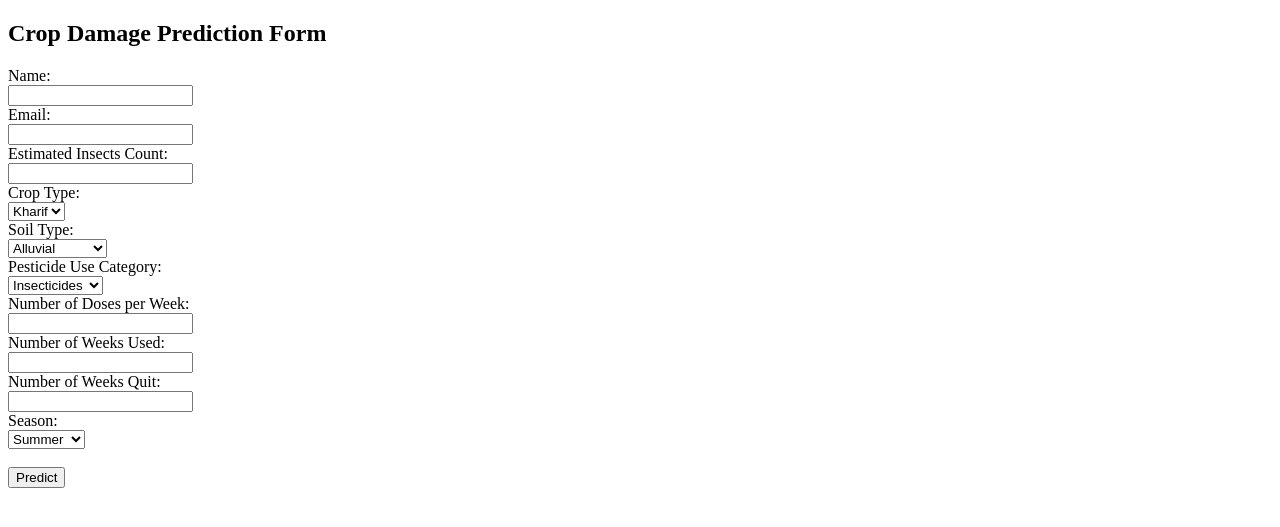
Repository: imdhanush13/cropdamage
Page: app/templates/index.html
The author's editor kept a copy of each file at every save. The page is drawn from the files as they stood at one save, then again after a run of saves.
The browser window is 1280 px wide. The pictures show the whole page.
The template is drawn by Flask 3. The application's start-up code is not run. The template is opened directly, without the code that normally fills it, so the values that code supplies are empty.

Above is the page before, as saved 2025-04-29 01:13:28.

After the next 5 saves:
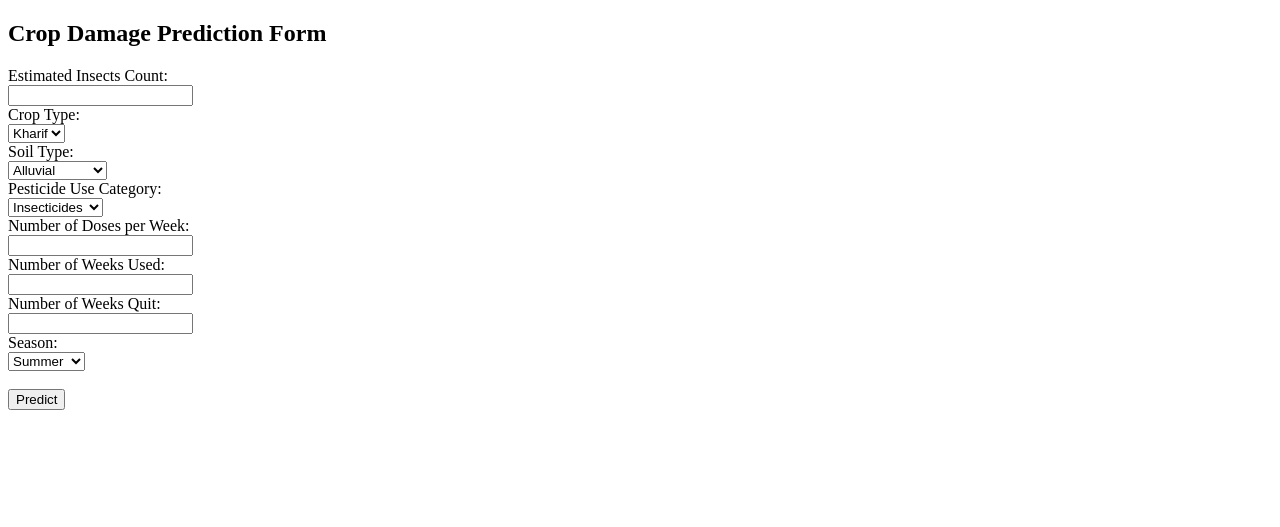
The 5 saves are shown as one change because they came seconds apart.
The last was saved 39 s later.
--- a/app/templates/index.html
+++ b/app/templates/index.html
@@ -8,12 +8,6 @@
     <h2>Crop Damage Prediction Form</h2>
 
     <form method="POST" action="/predict">
-        <label>Name:</label><br>
-        <input type="text" name="name" required><br>
-
-        <label>Email:</label><br>
-        <input type="email" name="email" required><br>
-
         <label>Estimated Insects Count:</label><br>
         <input type="number" name="Estimated_Insects_Count" required><br>
 
